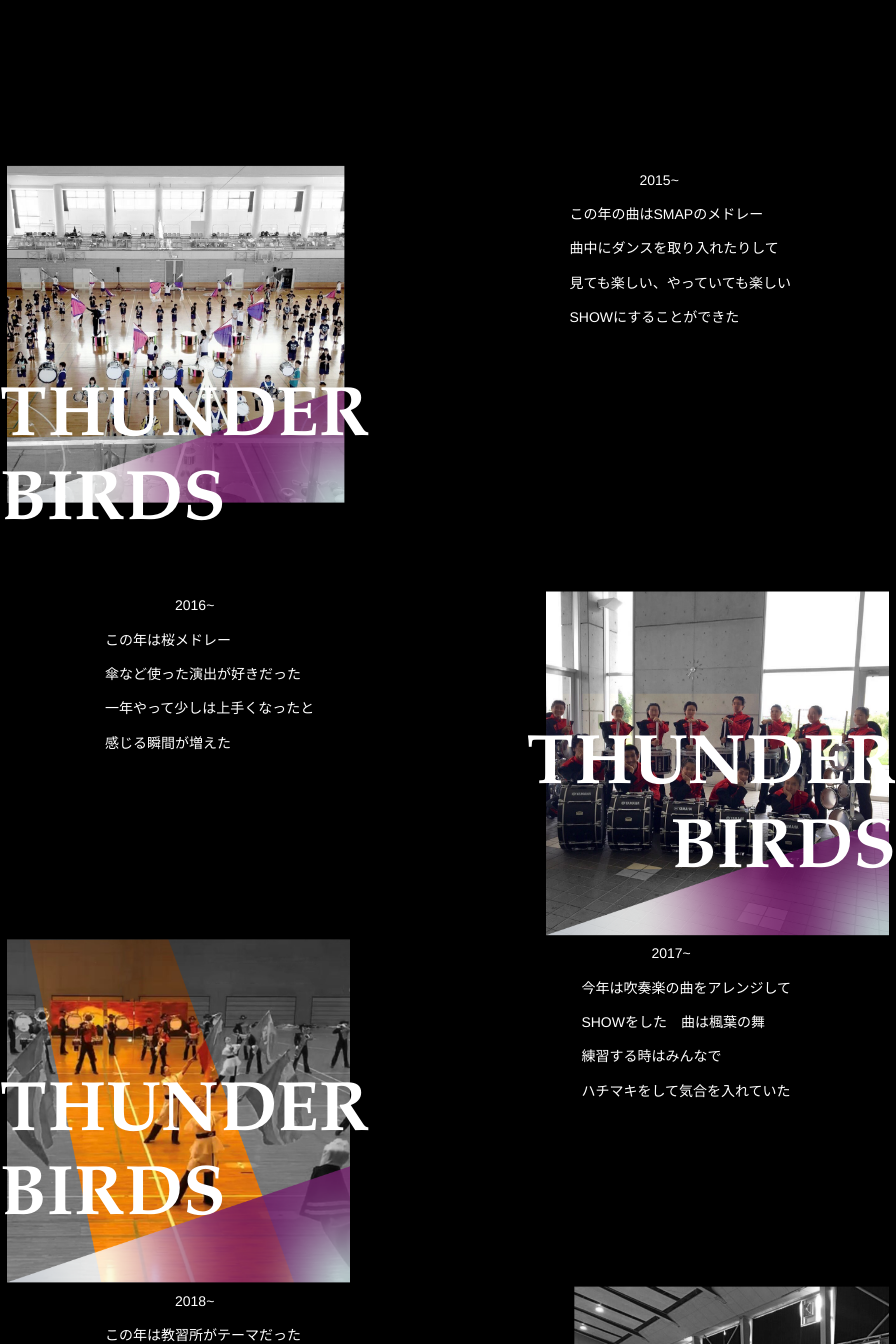
Repository: yutosoma/profile
Page: yuto/marching.html
The author's editor kept a record of every edit. The page is drawn from the files as they stood at one moment, then again after the next edit.
The browser window is 1280 px wide. The pictures show the part of the page from y = 500 to 2420 px (the page is 3827 px tall), at 70% of full size.

Above is the page before.

After the next edit:
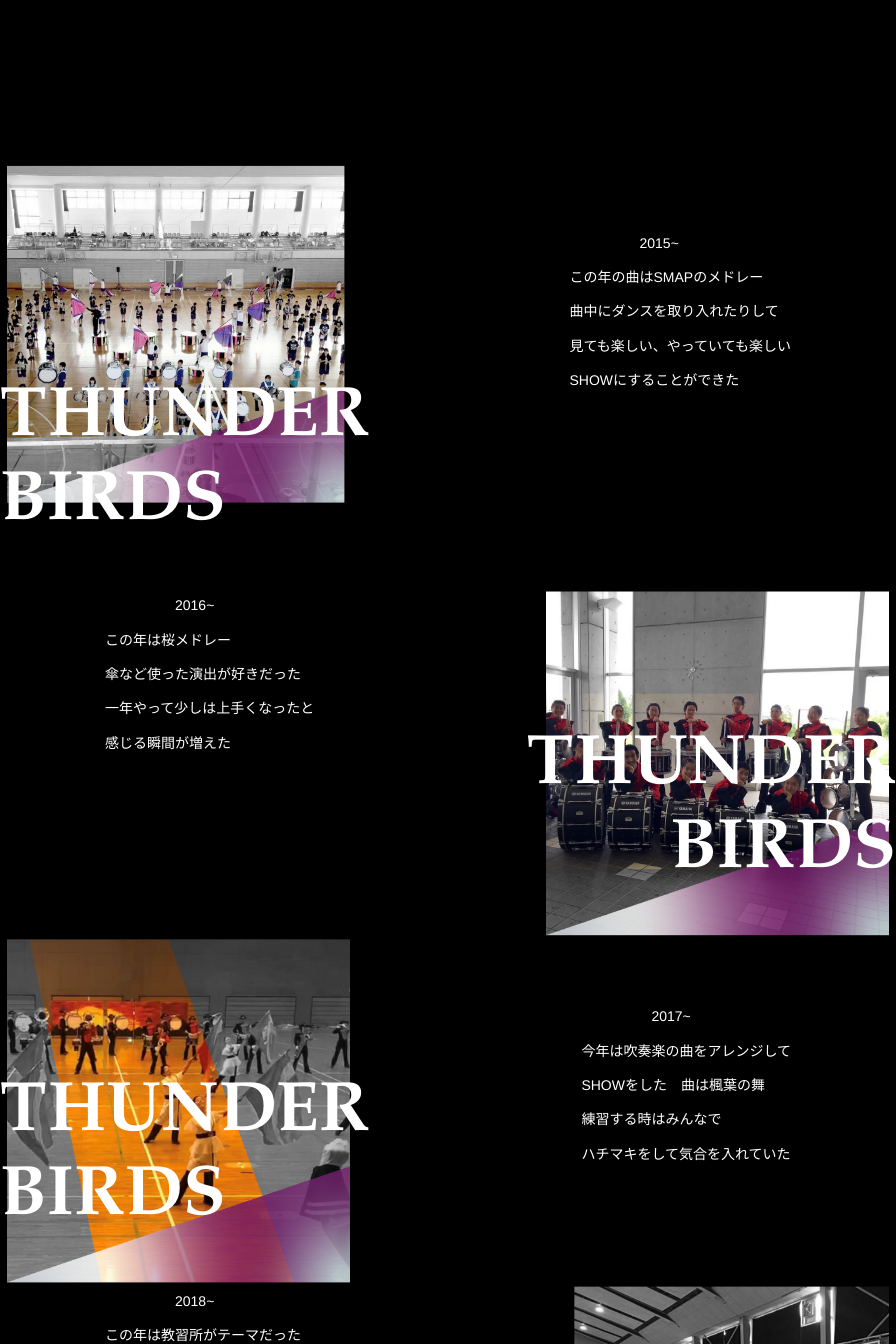
The edit:
--- a/yuto/marching.css
+++ b/yuto/marching.css
@@ -56,7 +56,7 @@
     color: white;
     position: relative;
     right:150px;
-    top:10px;
+    top:100px;
     font-size: 20px;
     white-space: nowrap;
 
